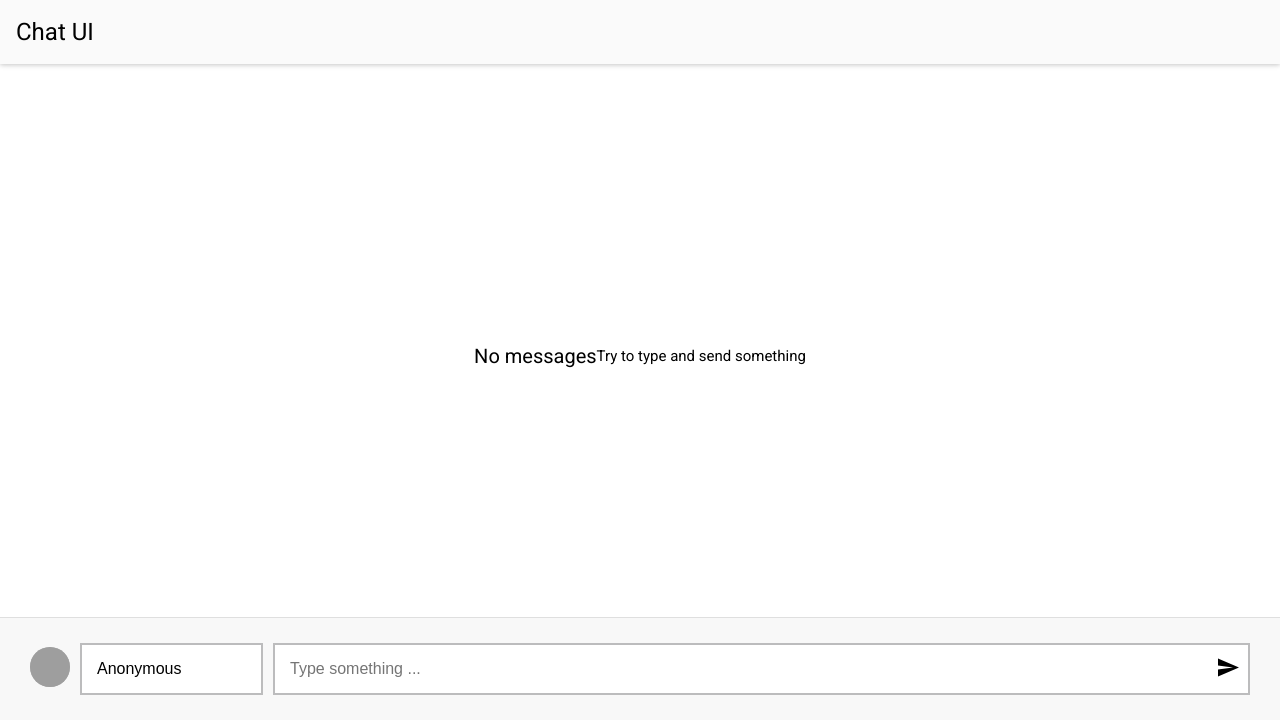
Repository: Faradey27/chat-ui
Page: /
These files come from the project's save history. The page is drawn as it stood at one moment and after the next save; the edit follows.
The browser window is 1280 px wide. The pictures show the whole page.
Pictures or frames that could not be fetched are drawn as grey boxes. The page's requests for data from a server got no answer. The project was rebuilt for these pictures with package versions that can differ from the ones it lists, and the page was loaded fresh each time. No one was signed in, and anything a server would have sent is missing. Also part of the build but not shown: src/components/MessageUsername/MessageUsername.js, src/components/MessageUsername/index.js, src/components/MessageText/MessageText.js, src/components/MessageText/index.js, src/components/MessageDate/MessageDate.js, src/components/MessageDate/index.js, src/components/Message/Message.js.

Above is the page before, as saved 2018-03-03 23:54:16.

### public/index.html
<!DOCTYPE html>
<html lang="en">
  <head>
    <meta charset="utf-8">
    <meta name="viewport" content="width=device-width, initial-scale=1, shrink-to-fit=no">
    <meta name="theme-color" content="#000000">
    <link rel="manifest" href="%PUBLIC_URL%/manifest.json">
    <link rel="shortcut icon" href="%PUBLIC_URL%/favicon.ico">
    <link href="https://fonts.googleapis.com/css?family=Roboto:300,400,700" rel="stylesheet">
    <title>Chat UI</title>
  </head>
  <body>
    <noscript>
      You need to enable JavaScript to run this app.
    </noscript>
    <div id="root"></div>
  </body>
</html>

### src/index.js
import React from 'react';
import ReactDOM from 'react-dom';
import { Provider } from 'react-redux';
import { MuiThemeProvider } from 'material-ui/styles';

import io from "socket.io-client";
import Chat from './containers/Chat';
import configureStore from './data/store/configureStore';
import SocketConnector from './services/SocketConnector';
import StorageConnector from './services/StorageConnector';
import registerServiceWorker from './services/pwa/registerServiceWorker';

import './index.css';

// setuped sockets
const socketIO = io("https://spotim-demo-chat-server.herokuapp.com");
const socket = new SocketConnector({eventName: 'spotim/chat', socket: socketIO});

// setuped redux related things
const storage = new StorageConnector({appName: 'chat-ui-user', storage: window.localStorage}); // localStorage or session storage
const savedUser = storage.getItem('store.user');
const preloadedState = {user: savedUser || {name: 'Anonymous', avatar: ''}};
const reduxStore = configureStore(preloadedState, storage);


ReactDOM.render(
  <Provider store={reduxStore}>
    <MuiThemeProvider>
      <Chat socket={socket}/>
    </MuiThemeProvider>
  </Provider>,
  document.getElementById('root')
);

/*
  As we want to be PWA app, we need to become offline friendly, for this reason we register service worker
*/
registerServiceWorker();

### src/data/store/configureStore.js
if (process.env.NODE_ENV === 'production' || process.env.NODE_ENV === 'test') {
  module.exports = require('./configureStore.prod')
} else {
  module.exports = require('./configureStore.dev')
}

### src/services/SocketConnector.js
import { CHAT_IDENTEFICATOR } from './../config';

const isValidMessage = (message) => message.id && message.text && message.user && message.date;
const isAuthorizedMessage = (message) => message.identificator === CHAT_IDENTEFICATOR;

class SocketConnector {
  eventName = '';
  socket = null;
  connected = false;

  constructor({eventName, socket}) {
    this.eventName = eventName;
    this.socket = socket;
  }

  connect = ({onMessage}) => {
    this.socket.on("connect", () => {
      console.info("connected to chat server!");
      this.connected = true;
    });
    this.socket.on(this.eventName, (message) => this.handleMessage({message, onMessage}));
    this.socket.on("disconnect", () => {
      console.info("disconnected to chat server!");
      this.connected = false;
    });
  }

  handleMessage = ({message, onMessage}) => {
    // as our api services do not have any auth or any client separation, we need to detect somehow just our messages
    if (!isAuthorizedMessage(message)) {
      console.info('We received message from bad guys');
      return -1;
    }
    // we want to skip bad messages
    if (!isValidMessage(message)) {
      console.info('We received invalid message');
      return -1;
    }

    onMessage(message)
  }

  emitMessage(message) {
    this.socket.emit(this.eventName, message);
  }
}

export default SocketConnector;

### src/services/StorageConnector.js
class SocketConnector {
  appName = '';
  storage = null;

  constructor({appName, storage}) {
    this.appName = appName;
    this.storage = storage;
  }

  _getMaskedKey = (key) => `${this.appName}-${key}`;

  setItem(key, value) {
    this.storage.setItem(this._getMaskedKey(key), JSON.stringify(value));
  }

  getItem(key) {
    const item = this.storage.getItem(this._getMaskedKey(key));
    if (!item) {
      return '';
    }

    try {
      return JSON.parse(item);
    } catch (e) {
      throw e;
    }
  }

  removeItem(key) {
    this.storage.removeItem(this._getMaskedKey(key));
  }
}

export default SocketConnector;

### src/services/pwa/registerServiceWorker.js
// In production, we register a service worker to serve assets from local cache.

// This lets the app load faster on subsequent visits in production, and gives
// it offline capabilities. However, it also means that developers (and users)
// will only see deployed updates on the "N+1" visit to a page, since previously
// cached resources are updated in the background.

// To learn more about the benefits of this model, read https://goo.gl/KwvDNy.
// This link also includes instructions on opting out of this behavior.

const isLocalhost = Boolean(
  window.location.hostname === 'localhost' ||
    // [::1] is the IPv6 localhost address.
    window.location.hostname === '[::1]' ||
    // 127.0.0.1/8 is considered localhost for IPv4.
    window.location.hostname.match(
      /^127(?:\.(?:25[0-5]|2[0-4][0-9]|[01]?[0-9][0-9]?)){3}$/
    )
);

export default function register() {
  if (process.env.NODE_ENV === 'production' && 'serviceWorker' in navigator) {
    // The URL constructor is available in all browsers that support SW.
    const publicUrl = new URL(process.env.PUBLIC_URL, window.location);
    if (publicUrl.origin !== window.location.origin) {
      // Our service worker won't work if PUBLIC_URL is on a different origin
      // from what our page is served on. This might happen if a CDN is used to
      // serve assets; see https://github.com/facebookincubator/create-react-app/issues/2374
      return;
    }

    window.addEventListener('load', () => {
      const swUrl = `${process.env.PUBLIC_URL}/service-worker.js`;

      if (isLocalhost) {
        // This is running on localhost. Lets check if a service worker still exists or not.
        checkValidServiceWorker(swUrl);

        // Add some additional logging to localhost, pointing developers to the
        // service worker/PWA documentation.
        navigator.serviceWorker.ready.then(() => {
          console.log(
            'This web app is being served cache-first by a service ' +
              'worker. To learn more, visit https://goo.gl/SC7cgQ'
          );
        });
      } else {
        // Is not local host. Just register service worker
        registerValidSW(swUrl);
      }
    });
  }
}

function registerValidSW(swUrl) {
  navigator.serviceWorker
    .register(swUrl)
    .then(registration => {
      registration.onupdatefound = () => {
        const installingWorker = registration.installing;
        installingWorker.onstatechange = () => {
          if (installingWorker.state === 'installed') {
            if (navigator.serviceWorker.controller) {
              // At this point, the old content will have been purged and
              // the fresh content will have been added to the cache.
              // It's the perfect time to display a "New content is
              // available; please refresh." message in your web app.
              console.log('New content is available; please refresh.');
            } else {
              // At this point, everything has been precached.
              // It's the perfect time to display a
              // "Content is cached for offline use." message.
              console.log('Content is cached for offline use.');
            }
          }
        };
      };
    })
    .catch(error => {
      console.error('Error during service worker registration:', error);
    });
}

function checkValidServiceWorker(swUrl) {
  // Check if the service worker can be found. If it can't reload the page.
  fetch(swUrl)
    .then(response => {
      // Ensure service worker exists, and that we really are getting a JS file.
      if (
        response.status === 404 ||
        response.headers.get('content-type').indexOf('javascript') === -1
      ) {
        // No service worker found. Probably a different app. Reload the page.
        navigator.serviceWorker.ready.then(registration => {
          registration.unregister().then(() => {
            window.location.reload();
          });
        });
      } else {
        // Service worker found. Proceed as normal.
        registerValidSW(swUrl);
      }
    })
    .catch(() => {
      console.log(
        'No internet connection found. App is running in offline mode.'
      );
    });
}

export function unregister() {
  if ('serviceWorker' in navigator) {
    navigator.serviceWorker.ready.then(registration => {
      registration.unregister();
    });
  }
}

### src/index.css
/*
  here we have global styles that need to be applied for whole page(like normalisation)
*/

body {
  margin: 0;
  padding: 0;
  font-family: Roboto;
}

### src/containers/Chat/Chat.js
import React from 'react';
import { func, instanceOf } from 'prop-types';
import { connect } from 'react-redux';
import AppBar from 'material-ui/AppBar';
import { grey50 } from 'material-ui/styles/colors';
import { css } from 'emotion';
import { addMessage } from './../../data/messages/messagesActions';
import SocketConnector from '../../services/SocketConnector';
import MessageCreationArea from './../MessageCreationArea';
import MessageListArea from './../MessageListArea';
import Column from './../../components/Column';

const chatStyles = css`
  height: 100vh;
  display: flex;
  flex-direction: column;
`;

class Chat extends React.Component {
  static propTypes = {
    socket: instanceOf(SocketConnector).isRequired,
    addMessage: func.isRequired, // dispatched action from react-redux
  }

  componentDidMount() {
    this.props.socket.connect({onMessage: this.props.addMessage})
  }

  handleMessageAdd = (message) => this.props.socket.emitMessage(message)

  render() {
    return (
      <div
        className={chatStyles}
        data-hook="chat"
      >
        <AppBar
          titleStyle={{color: 'initial'}}
          style={{ backgroundColor: grey50 }}
          iconElementLeft={<span/>}
          title="Chat UI"
        />
        <Column>
          <MessageListArea />
          <MessageCreationArea onMessageAdd={this.handleMessageAdd}/>
        </Column>
      </div>
    );
  }
}

export default connect(null, { addMessage })(Chat);

### src/data/store/configureStore.dev.js
import { createStore, applyMiddleware } from 'redux';
import { createLogger } from 'redux-logger';
import rootReducer from './rootReducer';
import saveUserToStorageMiddleware from './../middleware/saveUserToStorage';

const configureStore = (preloadedState, storage) => {
  const store = createStore(
    rootReducer,
    preloadedState,
    applyMiddleware(createLogger(), saveUserToStorageMiddleware(storage))
  );

  return store;
}

export default configureStore;

### src/config.js
export const CHAT_IDENTEFICATOR = 'APPLICATION_INDENTIFICATOR_942345';

### src/data/messages/messagesActions.js
export const ADD_MESSAGE = 'ADD_MESSAGE';
export const addMessage = (message) => ({
  type: ADD_MESSAGE,
  message,
})

### src/containers/MessageCreationArea/index.js
export { default } from './MessageCreationArea';

### src/containers/MessageListArea/index.js
export { default } from './MessageListArea';

### src/components/Column/index.js
export {default} from './Column';

### src/data/store/rootReducer.js
import { combineReducers } from 'redux';
import messages from './../messages/messagesReducer';
import user from './../user/userReducer';

const rootReducer = combineReducers({
  messages,
  user,
});

export default rootReducer;

### src/data/middleware/saveUserToStorage.js
import { SET_USER_AVATAR, SET_USER_NAME } from './../user/userActions';

const middleware = (storage) => (store) => (next) => (action) => {
  next(action);

  if (action.type === SET_USER_AVATAR || action.type === SET_USER_NAME) {
    storage.setItem('store.user', store.getState().user);
  }
}

export default middleware;

### src/containers/MessageCreationArea/MessageCreationArea.js
import React from 'react';
import { shape, string, func } from 'prop-types';
import uuidv4 from 'uuid/v4';
import { connect } from 'react-redux';
import { selectUser } from './../../data/user/userSelectors';
import { setUserAvatar, setUsername } from './../../data/user/userActions';
import MessageCreationAreaView from './MessageCreationAreaView';
import { CHAT_IDENTEFICATOR } from './../../config';
import avatars from './../../assets/avatars';

const getRandomAvatar = () => avatars[Math.floor(Math.random() * avatars.length)]

class MessageCreationArea extends React.Component {
  static propTypes = {
    user: shape({ // from redux store
      name: string,
      avatar: string,
    }),
    setUserAvatar: func, // redux action
    setUsername: func, // redux action
    onMessageAdd: func.isRequired,
  }

  state = {
    messageText: '',
  }

  componentDidMount() {
    if (!this.props.user.avatar) {
      this.props.setUserAvatar(getRandomAvatar());
    }
  }

  handleMessageChange = (messageText) => this.setState({messageText})

  handleMessageAdd = () => {
    if (!this.state.messageText) {
      return null;
    }

    this.props.onMessageAdd({
      id: uuidv4(),
      text: this.state.messageText,
      date: Date.now(),
      user: {
        name: this.props.user.name,
        avatar: this.props.user.avatar,
      },
      identificator: CHAT_IDENTEFICATOR
    });

    this.resetMessage();
  }

  resetMessage = () => this.handleMessageChange('')

  render() {
    return (
      <MessageCreationAreaView
        avatar={this.props.user.avatar}
        username={this.props.user.name}
        messageText={this.state.messageText}
        onMessageAdd={this.handleMessageAdd}
        onMessageChange={this.handleMessageChange}
        onUsernameChange={this.props.setUsername}
      />
    );
  }
}

export default connect(
  (state) => ({
    user: selectUser(state)
  }),
  { setUsername, setUserAvatar }
)(MessageCreationArea);

### src/containers/MessageListArea/MessageListArea.js
import React from 'react';
import { array } from 'prop-types';
import { connect } from 'react-redux';
import MessageListAreaView from './MessageListAreaView';
import { selectMessages } from './../../data/messages/messagesSelectors';

class MessageListArea extends React.Component {
  static propTypes = {
    messages: array, // from store
  }

  render() {
    return (
      <MessageListAreaView messages={this.props.messages}/>
    );
  }
}

export default connect((state) => ({ messages: selectMessages(state)}))(MessageListArea);

### src/components/Column/Column.js
import React from 'react';
import { css } from 'emotion';

const columnStyles = css`
  position: relative;
  display: flex;
  flex: 1;
  flex-direction: column;
`;

export default ({children}) => (
  <div className={columnStyles}>
    {children}
  </div>
);

### src/data/messages/messagesReducer.js
import { ADD_MESSAGE } from './messagesActions';

const messages = (state = [], action) => {
  switch (action.type) {
    case ADD_MESSAGE:
      return [...state, action.message];
    default:
      return state;
  }
};

export default messages;

### src/data/user/userReducer.js
import { SET_USER_AVATAR, SET_USER_NAME } from './userActions';

const user = (state = {avatar: '', name: ''}, action) => {
  switch (action.type) {
    case SET_USER_AVATAR:
      return {...state, avatar: action.avatar};
    case SET_USER_NAME:
      return {...state, name: action.name};
    default:
      return state;
  }
};

export default user;

### src/data/user/userActions.js
export const SET_USER_AVATAR = 'SET_USER_AVATAR';
export const setUserAvatar = (avatar) => ({
  type: SET_USER_AVATAR,
  avatar,
})

export const SET_USER_NAME = 'SET_USER_NAME';
export const setUsername = (name) => ({
  type: SET_USER_NAME,
  name,
})

### src/data/user/userSelectors.js
// TODO, in future we could start to use reselect
export const selectUser = (state) => state.user

### src/containers/MessageCreationArea/MessageCreationAreaView.js
import React from 'react';
import { string, func } from 'prop-types';
import { css } from 'emotion';
import UsernameTextField from './../../components/UsernameTextField';
import MessageTextField from './../../components/MessageTextField';
import SendButton from './../../components/SendButton';

const messageAreaStyles = css`
  background-color: #f8f8f8;
  padding: 25px 30px;
  display: flex;
  align-items: center;
  border-top: 1px solid rgba(0, 0, 0, 0.1);
`;

const messageAreaSendStyles = css`
  position: relative;
  width: 100%;
`;

class MessageCreationAreaView extends React.Component {
  static propTypes = {
    avatar: string,
    username: string,
    onMessageAdd: func,
    onMessageChange: func,
    onUsernameChange: func
  }

  handleFormSubmit = (e) => {
    e.preventDefault();
    this.props.onMessageAdd();
  }

  render() {
    return (
      <div
        className={messageAreaStyles}
        data-hook="message-creation-area"
      >
        <UsernameTextField
          avatar={this.props.avatar}
          username={this.props.username}
          onUsernameChange={this.props.onUsernameChange}
        />
        <form
          className={messageAreaSendStyles}
          onSubmit={this.handleFormSubmit}
        >
          <MessageTextField
            messageText={this.props.messageText}
            onMessageChange={this.props.onMessageChange}
          />
          <SendButton />
        </form>
      </div>
    );
  }
}

export default MessageCreationAreaView;

### src/assets/avatars.json
[
  "https://spotim-demo-chat-server.herokuapp.com/avatars/001-snorlax.png",
  "https://spotim-demo-chat-server.herokuapp.com/avatars/002-psyduck.png",
  "https://spotim-demo-chat-server.herokuapp.com/avatars/003-pikachu.png",
  "https://spotim-demo-chat-server.herokuapp.com/avatars/004-jigglypuff.png",
  "https://spotim-demo-chat-server.herokuapp.com/avatars/005-bullbasaur.png"
]

### src/containers/MessageListArea/MessageListAreaView.js
import React from 'react';
import { array } from 'prop-types';
import { css } from 'emotion';

import Message from './../../components/Message';

const messageListStyles = css`
  display: flex;
  flex-direction: column;
  height: 100%;
  overflow-y: auto;
  margin-top: 30px;
  margin-left: 30px;
  margin-right: 30px;
`;

const emptyStyle = css`
  display: flex;
  height: 100%;
  width: 100%;
  justify-content: center;
  align-items: center;
  font-size: 20px;
  flex-wrap: wrap;
`;

const emptyMessageStyle = css`
  font-size: 15px;
`;

class MessageListAreaView extends React.Component {
  static propTypes = {
    messages: array,
  }

  renderMessages() {
    if (!this.props.messages.length) {
      return (
        <div className={emptyStyle}>
          <p>No messages</p>
          <p className={emptyMessageStyle}>Try to type and send something</p>
        </div>
      );
    }

    return this.props.messages.map((message) => <Message key={message.id} message={message}/>);
  }

  render() {
    return (
      <div
        className={messageListStyles}
        data-hook="message-list-area"
      >
        {this.renderMessages()}
      </div>
    );
  }
}

export default MessageListAreaView;

### src/data/messages/messagesSelectors.js
// TODO, in future we could start to use reselect
export const selectMessages = (state) => state.messages

### src/components/UsernameTextField/index.js
export { default } from './UsernameTextField';

### src/components/MessageTextField/index.js
export { default } from './MessageTextField';

### src/components/SendButton/index.js
export { default } from './SendButton';

### src/components/UsernameTextField/UsernameTextField.js
import React from 'react';
import { string, func } from 'prop-types';
import { css } from 'emotion';
import Avatar from './../Avatar';

const usernameStyles = css`
  display: flex;
  align-items: center;
  margin-right: 10px;
`;

const usernameInputStyles = css`
  font-size: 16px;
  border: 2px solid rgba(160,160,162,.7);
  padding: 15px;
  margin-left: 10px;
  outline: none;
  min-width: 120px;
  width: 100%;
`;

class UsernameTextField extends React.Component {
  static propTypes = {
    avatar: string,
    username: string,
    onUsernameChange: func.isRequired
  }

  handleUsernameChange = (e) => this.props.onUsernameChange(e.target.value)

  render() {
    return (
      <div
        className={usernameStyles}
        data-hook="username-text-field"
      >
        <Avatar avatar={this.props.avatar}/>
        <input
          className={usernameInputStyles}
          data-hook="username-text-field-input"
          value={this.props.username}
          onChange={this.handleUsernameChange}
        />
      </div>
    );
  }
}

export default UsernameTextField;

### src/components/MessageTextField/MessageTextField.js
import React from 'react';
import { string, func } from 'prop-types';
import { css } from 'emotion';

const textAreaStyles = css`
  font-size: 16px;
  border: 2px solid rgba(160,160,162,.7);
  width: 100%;
  padding: 15px;
  padding-right: 45px;
  outline: none;
  min-width: 250px;
`;

const textAreaWrapStyles = css`
  display: flex;
`;

class MessageTextField extends React.Component {
  static propTypes = {
    messageText: string,
    onMessageChange: func.isRequired,
  }

  componentDidMount() {
    this.inputNode.focus();
  }

  handleMessageChange = (e) => {
    this.props.onMessageChange(e.target.value);
  }

  render() {
    return (
      <div
        data-hook="message-text-field"
        className={textAreaWrapStyles}
      >
        <input
          ref={(node) => this.inputNode = node}
          data-hook="message-text-field-textarea"
          placeholder="Type something ..."
          className={textAreaStyles}
          value={this.props.messageText}
          onChange={this.handleMessageChange}
        />
      </div>
    );
  }
}

export default MessageTextField;

### src/components/SendButton/SendButton.js
import React from 'react';
import { func } from 'prop-types';
import { css } from 'emotion';

const sendButtonStyles = css`
  position: absolute;
  right: 10px;
  top: 50%;
  transform: translateY(-50%);
  background: transparent;
  border: none;
  padding: 0;
`;

class SendButton extends React.Component {
  static propTypes = {
    onClick: func,
  }

  render() {
    return (
      <div
        data-hook="send-button"
      >
        <button
          type="submit"
          className={sendButtonStyles}
          data-hook="send-button-el"
          onClick={this.props.onClick}
        >
          <svg
            height="24"
            width="24"
            viewBox="0 0 48 48"
          >
            <path d="M4.02 42l41.98-18-41.98-18-.02 14 30 4-30 4z"/>
            <path d="M0 0h48v48h-48z" fill="none"/>
          </svg>
        </button>
      </div>
    );
  }
}

export default SendButton;

### src/components/Avatar/Avatar.js
import React from 'react';
import Avatar from 'material-ui/Avatar';

export default ({avatar}) => (
  <div data-hook="avatar">
    <Avatar src={avatar}/>
  </div>
);

Loaded but not shown: src/containers/Chat/index.js (common file); src/components/Message/index.js (common file); src/components/Avatar/index.js (common file)

After the next save:
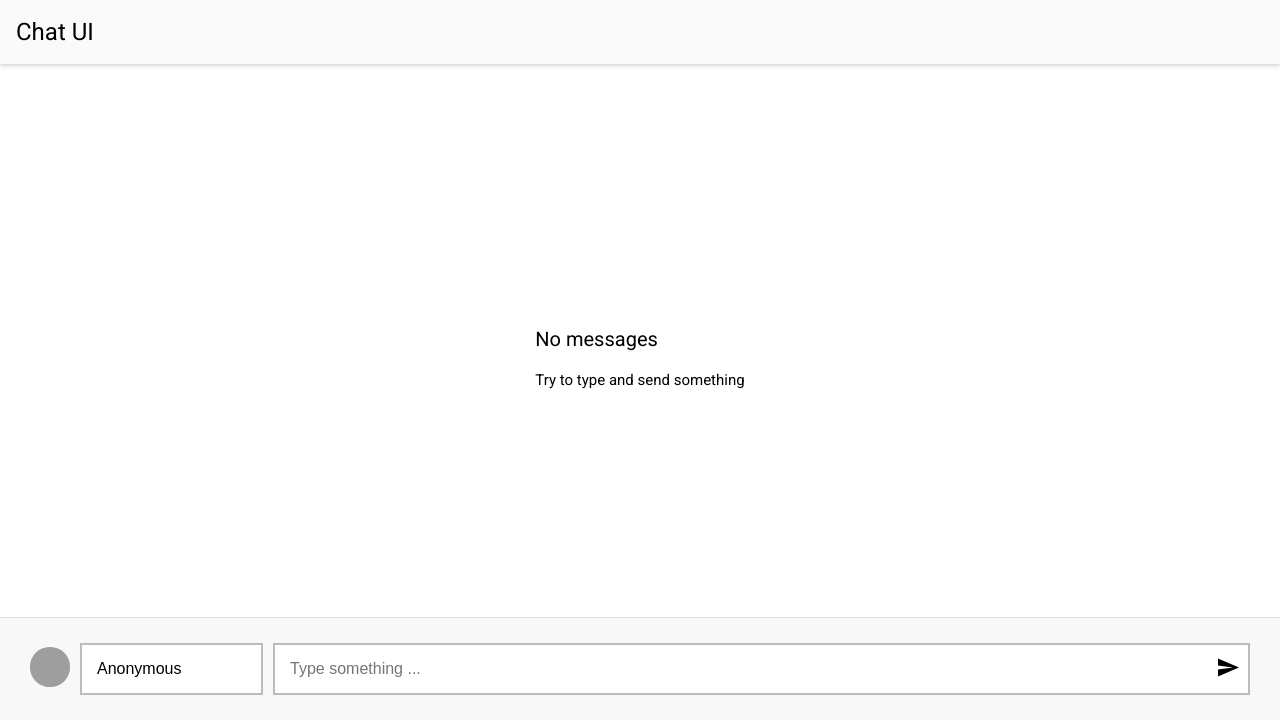
Saved 23 s later.
--- a/src/containers/MessageListArea/MessageListAreaView.js
+++ b/src/containers/MessageListArea/MessageListAreaView.js
@@ -37,8 +37,10 @@ class MessageListAreaView extends React.Component {
     if (!this.props.messages.length) {
       return (
         <div className={emptyStyle}>
-          <p>No messages</p>
-          <p className={emptyMessageStyle}>Try to type and send something</p>
+          <div>
+            <p>No messages</p>
+            <p className={emptyMessageStyle}>Try to type and send something</p>
+          </div>
         </div>
       );
     }
